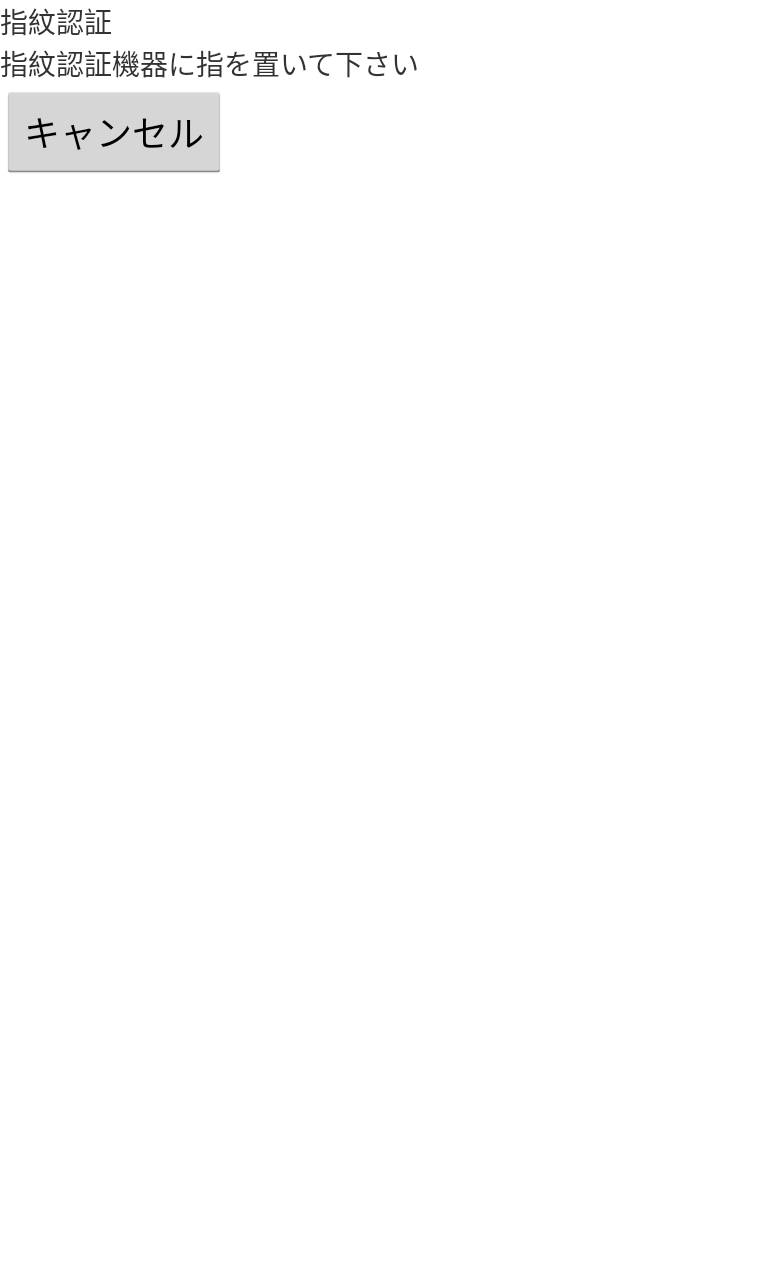
Repository: takuito/app_test
Layout: FiSBA/res/layout/fingerprint_registrationentry.xml
The author's editor kept a copy of each file at every save. The layout is drawn from the files as they stood at one save, then again after a run of saves.
It is drawn on a 768 x 1280 px phone screen (xhdpi) without system bars, with theme AppTheme; the app's code is not run.

Above is the layout before, as saved 2013-11-28 17:07:41.

### FiSBA/res/layout/fingerprint_registrationentry.xml
<?xml version="1.0" encoding="utf-8"?>
<LinearLayout xmlns:android="http://schemas.android.com/apk/res/android"
    android:orientation="vertical"
    android:layout_width="fill_parent"
    android:layout_height="fill_parent"
    >

    <TextView
        android:layout_width="wrap_content"
        android:layout_height="wrap_content"
        android:text="@string/fingerprint_authentication"/>

    <TextView
        android:layout_width="wrap_content"
        android:layout_height="wrap_content"
        android:text="@string/scan_text"/>

    <Button
        android:id="@+id/btnCancel"
        android:layout_width="wrap_content"
        android:layout_height="wrap_content"
        android:text="@string/cancel"
        />


</LinearLayout>

### FiSBA/res/values/strings.xml
<?xml version="1.0" encoding="utf-8"?>
<resources>

    <string name="app_name">FiSBA</string>
    <string name="action_settings">Settings</string>

    <string name="fingerprint_authentication">指紋認証</string>
    <string name="registrationentry">指紋登録</string>
    <string name="delete">指紋削除</string>
    <string name="edit">指紋編集</string>
    <string name="data_administration">データ管理</string>

    <string name="scan_text">指紋認証機器に指を置いて下さい</string>
    <string name="registrationentry_text">指紋データ登録名を入力して下さい</string>
    <string name="delete_text">を削除しますか？</string>
    <string name="delete_complete">指紋削除完了</string>
    <string name="edit_result">を削除しました</string>
    <string name="edit_complete">指紋編集完了</string>
    <string name="delete_result_authentication">認証時に</string>
    <string name="delete_result_start">を起動します</string>
    <string name="cancel">キャンセル</string>
    <string name="scan_success">指紋認証成功</string>
    <string name="scan_failure">指紋認証失敗</string>
    <string name="registrationentry_success">指紋登録成功</string>
    <string name="registrationentry_failure">指紋登録失敗</string>
    <string name="start_app">アプリを起動します</string>
    <string name="scan_again">もう１度認証を行いますか？</string>
    <string name="registrationentry_again">もう１度登録を行いますか？</string>
    <string name="select_data">指紋データを選択して下さい</string>
    <string name="select_app">起動アプリを選択して下さい</string>

    <string name="ok">OK</string>
    <string name="yes">はい</string>
    <string name="no">いいえ</string>




</resources>

Loaded but not shown: FiSBA/res/values/styles.xml (common file); FiSBA/res/values-v11/styles.xml (common file); FiSBA/res/values-v14/styles.xml (common file)

After the next 2 saves:
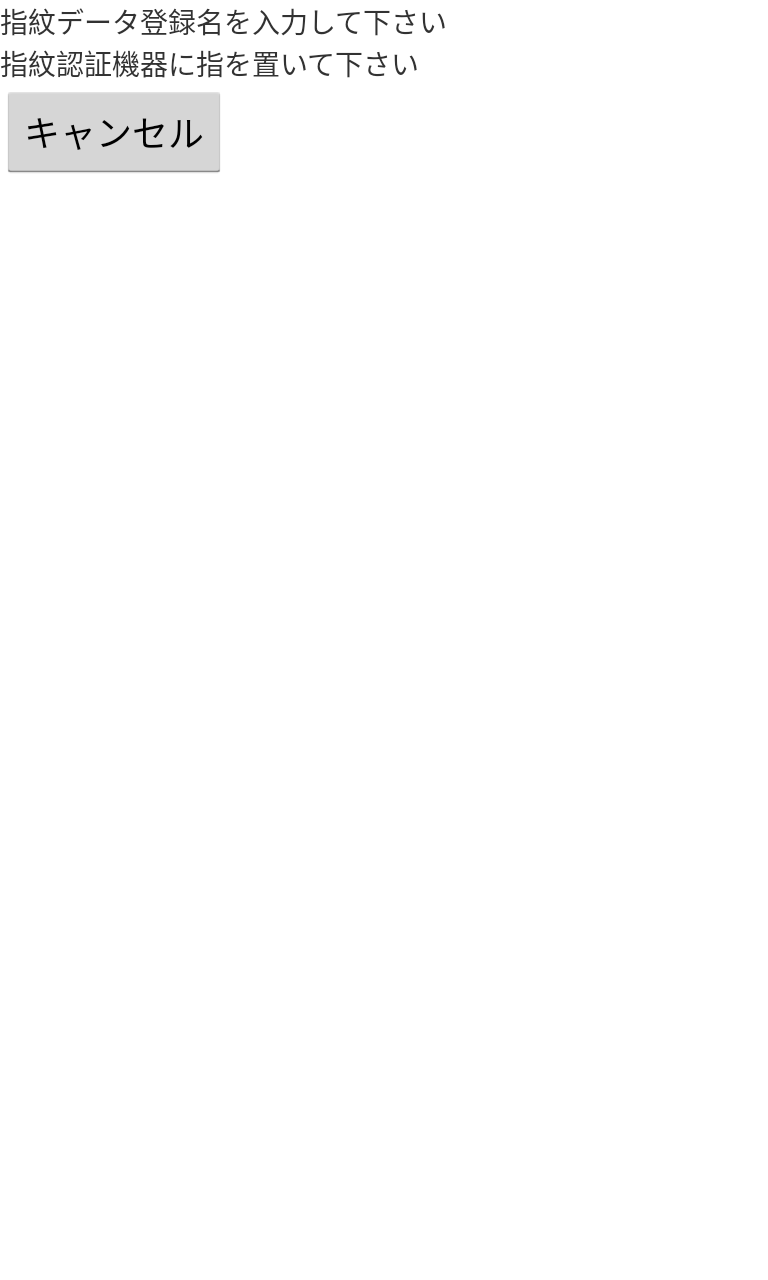
The 2 saves are shown as one change because 1 did not build or start.
The last was saved 76 s later.
--- a/FiSBA/res/layout/fingerprint_registrationentry.xml
+++ b/FiSBA/res/layout/fingerprint_registrationentry.xml
@@ -8,7 +8,7 @@
     <TextView
         android:layout_width="wrap_content"
         android:layout_height="wrap_content"
-        android:text="@string/fingerprint_authentication"/>
+        android:text="@string/registrationentry_text"/>
 
     <TextView
         android:layout_width="wrap_content"
